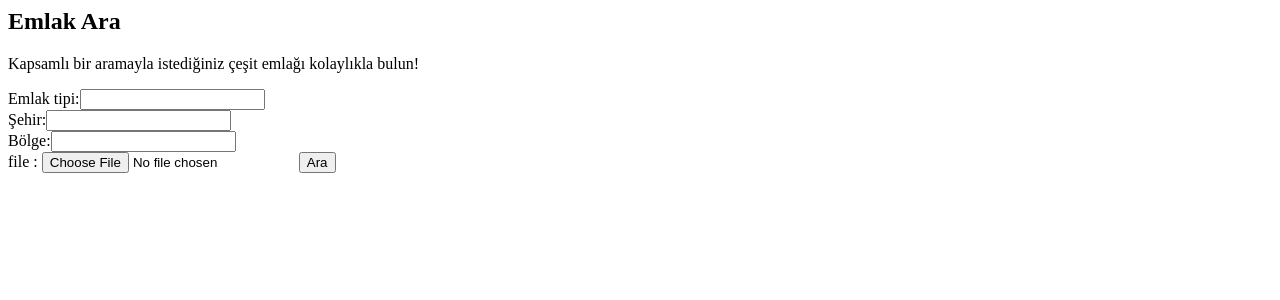
Repository: toprak1919/BaronEmlak
Page: http://localhost/helloworld/showSearchForm.php
The author's editor kept a copy of each file at every save. The page is drawn from the files as they stood at one save, then again after the next save.
The browser window is 1280 px wide. The pictures show the whole page.
The page is run by PHP 8.4 with error messages shown; the project is at /var/www/html/.

Above is the page before, as saved 2020-12-11 01:44:35.

### helloworld/showSearchForm.php
<!--
 this is a partial page
 purpose is to show a search form under the top menu
 even though the file extension is .php, all of the code on this page is html
 -->

 <div class="form-container">

<h2>Emlak Ara</h2>
<p>Kapsamlı bir aramayla istediğiniz çeşit emlağı kolaylıkla bulun!</p>
<form action="searchrecipe.php">
Emlak tipi:<input type="text" name="Tip"></input><br>
Şehir:<input type="text" name="Şehir"></input><br>
Bölge:<input type="text" name="Bölge"></input><br>
file : <input type="file" name="file">
<button type="submit">Ara</button>
</form>
</div>

After the next save:
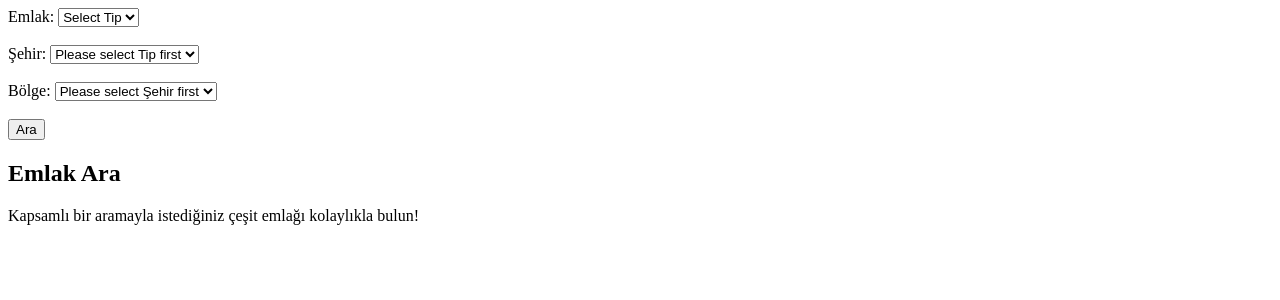
Saved 7 s later.
--- a/helloworld/showSearchForm.php
+++ b/helloworld/showSearchForm.php
@@ -3,16 +3,74 @@
  purpose is to show a search form under the top menu
  even though the file extension is .php, all of the code on this page is html
  -->
+ <script>
+var TipObject = {
+  "Arazi": {
+    "Lefkoşa": ["Alayköy","Balıkesir","Beyköy","Cihangir","Çağlayan","Çukurova","Değirmenlik","Demirhan","Dilekkaya","Dumlupınar","Düzova","Gaziköy","Gelibolu","Göçmenköy","Gökhan","Gönyeli","Gürpınar","Hamiitköy","Haspolat","Kalavaç","Kanlıköy","Kırklar","Kızılbaş","Köşklüçiftlik","Kumsal","Küçük Kaymaklı","Lefkoşa Surlariçi","Marmara","Meriç","Metehan","Minareliköy","Ortaköy","Sanayi Bölgesi","Taşkınköy","Türkeli","Yeniceköy","Yenikent","Yenişehir","Yılmazköy"],
+    "Girne": ["Ağırdağ","Akçiçek","Akdeniz","Alagadi","Alsancak","Arapköy","Aşağı Girne","Bahçeli","Bellapais","Beşpamak","Boğaz","Çamlıbel","Çatalköy","Dağyolu","Dikmen","Doğanköy","Edremit","Esentepe","Girne Merkez","Göçeri","Hisarköy","Ilgaz","İncesu","Karaağaç","Karakum","Karaoğlanoğlu","Karmi","Karşıyaka","Kayalar","Kılıçarslar","Koruçam","Kozan","Kömürcü","Küçük Erenköy","Lapta","Malatya","Ozanköy","Pınarbaşı","Sadrazamnköy","Şirinevler","Taşkent","Tepebaşı","Türk Mahallesi","Yeşiltepe","Yukarı Girne","Zeytinlik"],
+    "Mağusa": ["Akdoğan","Akova","Alaniçi","Aslanköy","Aygün","Baykal","Beyarmudu","Çanakkale","Dörtyol","Geçitkale","Gönendere","Gülseren","Güvercinlik","İnönü","Kaleiçi","Karakol","Korkuteli","Kurudere","Kuzucuk","Mağusa Merkez","Maraş","Mormenekşe","Mutluyaka","Paşaköy","Pınarlı","Sakarya","Salamis","Serdarlı",
+"Tatlısu","Turunçlu","Tuzla","Ulukışla","Vadili","Yeni Boğaziçi","Yıldırım"],
+     "Güzelyurt": ["Aşağı Bostancı","Cengizköy","Güzelyurt Merkez","Kalkanlı","Yayla","Yukarı Bostancı","Zümrütköy"],
+    "Lefke": ["Doğancı","Gaziveren","Gemikonağı","Lefke Merkez","Yedidalga","Yeşil Irmak","Yeşilyurt"],
+    "İskele": ["Ağıllar","Altınova","Ardahan","Avtepe","Aygün","Bafra","Bahçeler","Balalan","Boğaziçi","Boğaz","Boğaztepe-Monarga","Boltaşlı","Büyükkonuk","Çayırova","Derince","Dipkarpaz","Ergazi","Esenköy","İskele Merkez","Kale Burnu","Kalecik","Kantara","Kaplıca","Kumyalı","Kurtuluş","Kuruova","Kuzucuk","Long Beach","Mehmetçik","Mersinlik","Ötüken","Pamuklu","Sınırüstü","Sipahi","Taşlıca","Topçuköy","Turnalar","Tuzluca","Yarköy","Yedikonuk","Yeni Erenköy","Yeşilköy","Ziyamet"]
+  },
+  "Konut": {
+    "Lefkoşa": ["Alayköy","Balıkesir","Beyköy","Cihangir","Çağlayan","Çukurova","Değirmenlik","Demirhan","Dilekkaya","Dumlupınar","Düzova","Gaziköy","Gelibolu","Göçmenköy","Gökhan","Gönyeli","Gürpınar","Hamiitköy","Haspolat","Kalavaç","Kanlıköy","Kırklar","Kızılbaş","Köşklüçiftlik","Kumsal","Küçük Kaymaklı","Lefkoşa Surlariçi","Marmara","Meriç","Metehan","Minareliköy","Ortaköy","Sanayi Bölgesi","Taşkınköy","Türkeli","Yeniceköy","Yenikent","Yenişehir","Yılmazköy"],
+        "Girne": ["Ağırdağ","Akçiçek","Akdeniz","Alagadi","Alsancak","Arapköy","Aşağı Girne","Bahçeli","Bellapais","Beşpamak","Boğaz","Çamlıbel","Çatalköy","Dağyolu","Dikmen","Doğanköy","Edremit","Esentepe","Girne Merkez","Göçeri","Hisarköy","Ilgaz","İncesu","Karaağaç","Karakum","Karaoğlanoğlu","Karmi","Karşıyaka","Kayalar","Kılıçarslar","Koruçam","Kozan","Kömürcü","Küçük Erenköy","Lapta","Malatya","Ozanköy","Pınarbaşı","Sadrazamnköy","Şirinevler","Taşkent","Tepebaşı","Türk Mahallesi","Yeşiltepe","Yukarı Girne","Zeytinlik"],
+    "Mağusa": ["Akdoğan","Akova","Alaniçi","Aslanköy","Aygün","Baykal","Beyarmudu","Çanakkale","Dörtyol","Geçitkale","Gönendere","Gülseren","Güvercinlik","İnönü","Kaleiçi","Karakol","Korkuteli","Kurudere","Kuzucuk","Mağusa Merkez","Maraş","Mormenekşe","Mutluyaka","Paşaköy","Pınarlı","Sakarya","Salamis","Serdarlı",
+"Tatlısu","Turunçlu","Tuzla","Ulukışla","Vadili","Yeni Boğaziçi","Yıldırım"],
+     "Güzelyurt": ["Aşağı Bostancı","Cengizköy","Güzelyurt Merkez","Kalkanlı","Yayla","Yukarı Bostancı","Zümrütköy"],
+    "Lefke": ["Doğancı","Gaziveren","Gemikonağı","Lefke Merkez","Yedidalga","Yeşil Irmak","Yeşilyurt"],
+    "İskele": ["Ağıllar","Altınova","Ardahan","Avtepe","Aygün","Bafra","Bahçeler","Balalan","Boğaziçi","Boğaz","Boğaztepe-Monarga","Boltaşlı","Büyükkonuk","Çayırova","Derince","Dipkarpaz","Ergazi","Esenköy","İskele Merkez","Kale Burnu","Kalecik","Kantara","Kaplıca","Kumyalı","Kurtuluş","Kuruova","Kuzucuk","Long Beach","Mehmetçik","Mersinlik","Ötüken","Pamuklu","Sınırüstü","Sipahi","Taşlıca","Topçuköy","Turnalar","Tuzluca","Yarköy","Yedikonuk","Yeni Erenköy","Yeşilköy","Ziyamet"]
+  }
+}
+window.onload = function() {
+  var TipSel = document.getElementById("Tip");
+  var ŞehirSel = document.getElementById("Şehir");
+  var chapterSel = document.getElementById("chapter");
+  for (var x in TipObject) {
+    TipSel.options[TipSel.options.length] = new Option(x, x);
+  }
+  TipSel.onchange = function() {
+    //empty Chapters- and Şehirs- dropdowns
+    chapterSel.length = 1;
+    ŞehirSel.length = 1;
+    //display correct values
+    for (var y in TipObject[this.value]) {
+      ŞehirSel.options[ŞehirSel.options.length] = new Option(y, y);
+    }
+  }
+  ŞehirSel.onchange = function() {
+    //empty Chapters dropdown
+    chapterSel.length = 1;
+    //display correct values
+    var z = TipObject[TipSel.value][this.value];
+    for (var i = 0; i < z.length; i++) {
+      chapterSel.options[chapterSel.options.length] = new Option(z[i], z[i]);
+    }
+  }
+}
+</script>
+ <div class="form-container">
+<form name="form1" id="form1" action="searchrecipe.php">
+Emlak: <select name="Tip" id="Tip">
+    <option value="" name="Tip">Select Tip</option>
+  </select>
+  <br><br>
+Şehir: <select name="Şehir" id="Şehir">
+    <option value="" name="Şehir">Please select Tip first</option>
+  </select>
+  <br><br>
+Bölge: <select name="Bölge" id="chapter">
+    <option value="" name="Bölge">Please select Şehir first</option>
+  </select>
+  <br><br>
+ <button type="submit">Ara</button>
+</form>
 
- <div class="form-container">
+
 
 <h2>Emlak Ara</h2>
 <p>Kapsamlı bir aramayla istediğiniz çeşit emlağı kolaylıkla bulun!</p>
-<form action="searchrecipe.php">
-Emlak tipi:<input type="text" name="Tip"></input><br>
-Şehir:<input type="text" name="Şehir"></input><br>
-Bölge:<input type="text" name="Bölge"></input><br>
-file : <input type="file" name="file">
-<button type="submit">Ara</button>
-</form>
+
 </div>
